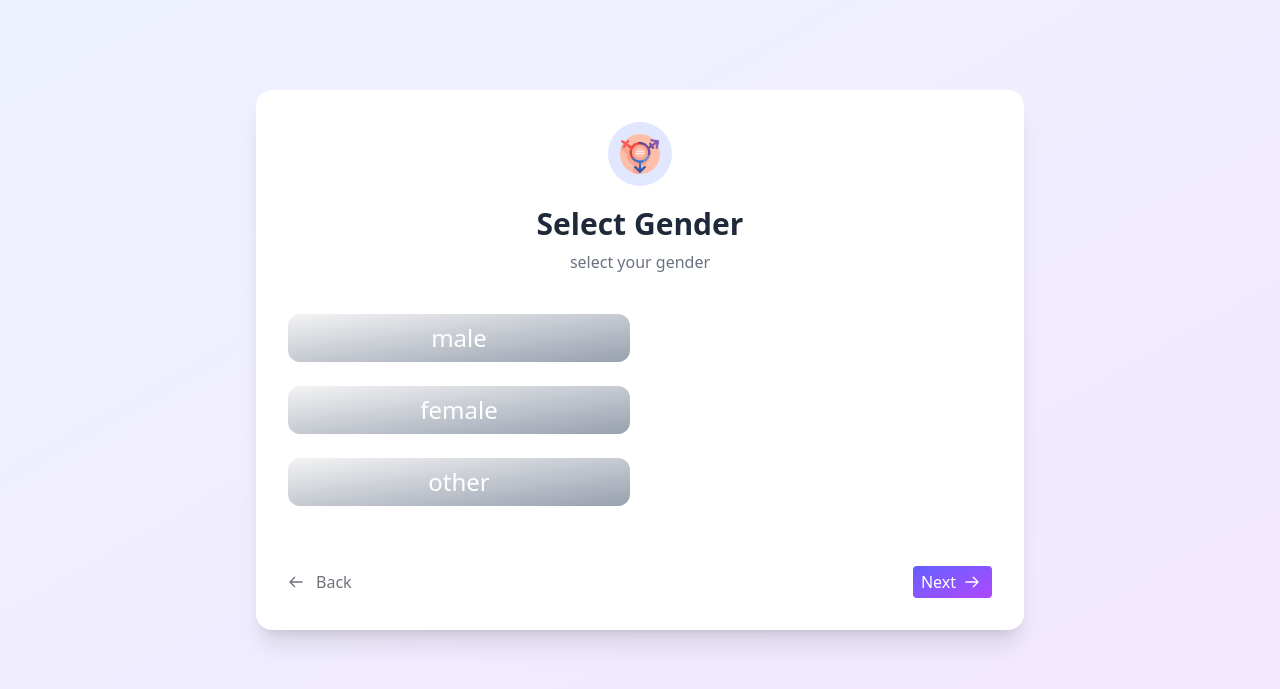
Repository: aryan151pratap/FitPanda
Page: / (app in frontened/)
These files come from the project's save history. The page is drawn as it stood at one moment and after the next save; the edit follows.
The browser window is 1280 px wide. The pictures show the whole page.
The project was rebuilt for these pictures with package versions that can differ from the ones it lists, and the page was loaded fresh each time. Also part of the build but not shown: frontened/vite.config.js, frontened/src/App.css, frontened/src/components/page_1.jsx, frontened/src/login/login.jsx, frontened/src/login/sign_up.jsx, frontened/src/login/otp.jsx, frontened/src/notification/notify.jsx.

Above is the page before, as saved 2025-06-05 00:07:01.

### frontened/src/App.jsx
import { useState } from 'react'
import './App.css'
import Page_1 from './components/page_1';
import Sign_up from './login/sign_up';
import Otp from './login/otp';
import Notify from './notification/notify';
import Gender from './about_user/gender';

function App() {
	const [otp, setOtp] = useState(true);

  const [data, setData] = useState({});
  const [login, setLogin] = useState(true);

  const [notification, setNotification] = useState('');


  return (
    <>
    <div className=''>
      {!login ?
        <div>
        {otp ?
        <Sign_up setOtp={setOtp} setEmail={setData} setNotification={setNotification}/>
        :
        <Otp setOtp={setOtp} data={data} setNotification={setNotification}/>
        }
        </div>
        :
        <div>
          {/* <Page_1/> */}
          <Gender/>
        </div>
      }

      <div>
        {notification.length > 0 &&
          <Notify notification={notification} setNotification={setNotification}/>
        }
      </div>
    </div>
    </>
  )
}

export default App

### frontened/src/about_user/gender.jsx
import { useState } from "react";
import gender_img from '../image/gender.png';
import male_panda from '../image/male_panda.png';
import female_panda from '../image/female_panda.png';

function Gender(){
	const [gender, setGender] = useState('');
	const [image, setImage] = useState();

	const gen = [
		{name: 'male', image: male_panda},
		{name: 'female', image: female_panda},
		{name: 'other', image: male_panda}
	];

	return(
		<>
		<div className="min-h-screen bg-gradient-to-br from-indigo-50 to-purple-100 flex items-center justify-center p-4">
			<div className="w-full sm:max-w-xl md:max-w-3xl">
				<div className="bg-white rounded-2xl shadow-xl overflow-hidden p-8">
					<div className="text-center">
						<div className="mx-auto flex items-center justify-center w-16 h-16 bg-indigo-100 rounded-full mb-5">
						{gender === "male" ?
							<svg xmlns="http://www.w3.org/2000/svg" className="h-8 w-8 text-blue-600" fill="none" viewBox="0 0 24 24" stroke="currentColor">
								<path strokeLinecap="round" strokeLinejoin="round" strokeWidth={2} d="M13 7h4a1 1 0 011 1v4m-7 7a5 5 0 100-10 5 5 0 000 10zm6-10l-5 5" />
							</svg>
							: gender === 'female' ?
							<svg xmlns="http://www.w3.org/2000/svg" className="h-8 w-8 text-pink-600" fill="none" viewBox="0 0 24 24" stroke="currentColor">
								<path strokeLinecap="round" strokeLinejoin="round" strokeWidth={2} d="M12 14v7m0 0h3m-3 0H9m3-7a5 5 0 100-10 5 5 0 000 10z" />
							</svg>
							: gender === 'other' ?
							<svg xmlns="http://www.w3.org/2000/svg" className="h-8 w-8 text-purple-600" fill="none" viewBox="0 0 24 24" stroke="currentColor">
								<path strokeLinecap="round" strokeLinejoin="round" strokeWidth={2} d="M12 3v3m0 0a5 5 0 110 10m0-10a5 5 0 100 10m0 0v4m-3 0h6" />
							</svg>
							:
							<div>
								<img src={gender_img} alt="" className="h-10 w-10"/>
							</div>
						}
						</div>
						<h2 className="text-3xl font-bold text-gray-800">Select Gender</h2>
						<p className="text-gray-500 mt-2">
							select your gender
							<span className="block font-medium text-indigo-600"></span>
						</p>
					</div>

					<div className="flex grid grid-cols-2 gap-5 justify-between py-5 items-center">
						<div className="w-fill flex flex-col gap-6 mt-5">
						{gen.map((i, index) => (
							<div key={index}>
								<button className={`w-full p-2 text-white text-2xl rounded-xl bg-gradient-to-br ${gender === i.name ? 'from-indigo-500 to-purple-500 animate-ping' : 'from-zinc-100 to-gray-400'} cursor-pointer transition hover:px-4`}
								onClick={() => {
									setGender(i.name);
									setImage(i.image)
								}}
								>
									{i.name}
								</button>
							</div>
						))}
						</div>
						<div className="w-full flex items-center justify-center">
							{image &&
							<img src={image} alt="" />
							}
						</div>
					</div>

					<div className="mt-10 flex justify-between">
						<button className="text-zinc-500 flex items-center gap-2 hover:text-zinc-700 cursor-pointer"
						// onClick={handle_save_gender}
						>
							<svg xmlns="http://www.w3.org/2000/svg" className="h-4 w-4 mr-1" fill="none" viewBox="0 0 24 24" stroke="currentColor">
							<path strokeLinecap="round" strokeLinejoin="round" strokeWidth={2} d="M10 19l-7-7m0 0l7-7m-7 7h18" />
							</svg>
							<span className="">Back</span>
						</button>
						<button className="text-white px-2 py-1 rounded-sm bg-gradient-to-br from-indigo-500 to-purple-500 flex gap-2 items-center">
							<span>Next</span>
							<svg xmlns="http://www.w3.org/2000/svg" className="h-4 w-4 mr-1" fill="none" viewBox="0 0 24 24" stroke="currentColor">
								<path strokeLinecap="round" strokeLinejoin="round" strokeWidth={2} d="M14 5l7 7m0 0l-7 7m7-7H3" />
							</svg>
						</button>
					</div>
				</div>
			</div>
		</div>

		</>
	)
}

export default Gender;

Loaded but not shown: frontened/index.html (common file); frontened/src/main.jsx (common file)

After the next save:
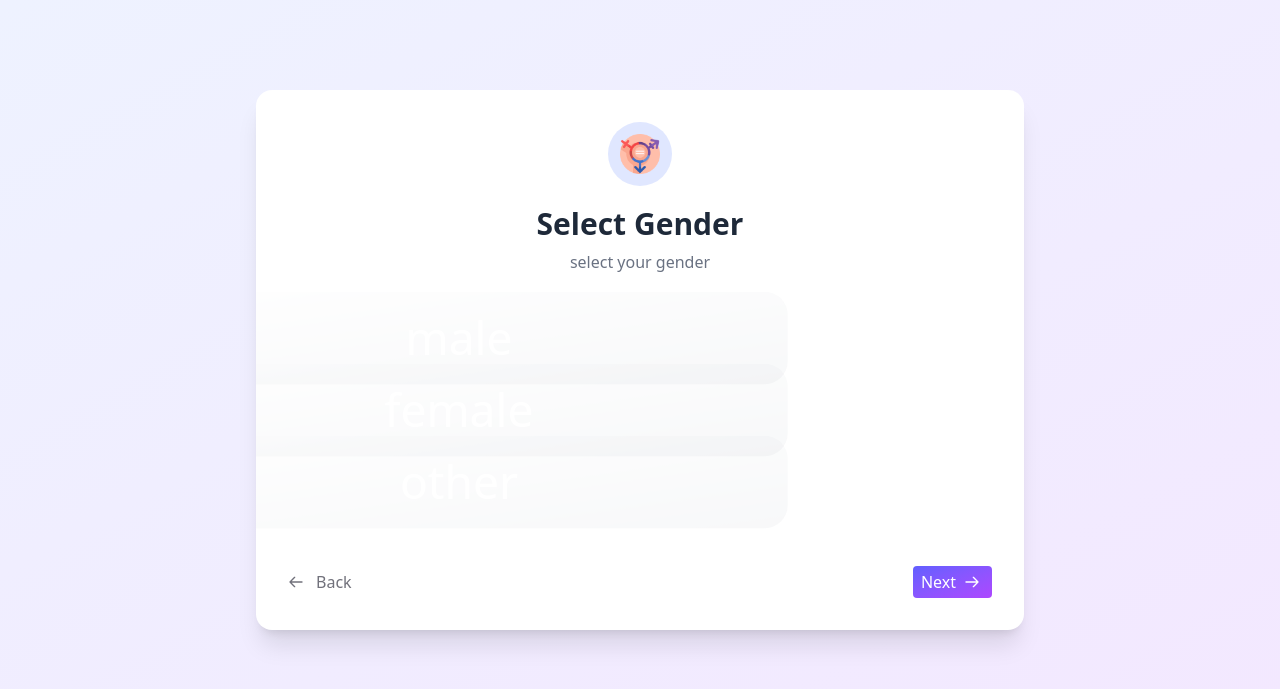
Saved 16 s later.
--- a/frontened/src/about_user/gender.jsx
+++ b/frontened/src/about_user/gender.jsx
@@ -48,8 +48,8 @@
 					<div className="flex grid grid-cols-2 gap-5 justify-between py-5 items-center">
 						<div className="w-fill flex flex-col gap-6 mt-5">
 						{gen.map((i, index) => (
-							<div key={index}>
-								<button className={`w-full p-2 text-white text-2xl rounded-xl bg-gradient-to-br ${gender === i.name ? 'from-indigo-500 to-purple-500 animate-ping' : 'from-zinc-100 to-gray-400'} cursor-pointer transition hover:px-4`}
+							<div key={index} className="animate-ping">
+								<button className={`w-full p-2 text-white text-2xl rounded-xl bg-gradient-to-br ${gender === i.name ? 'from-indigo-500 to-purple-500' : 'from-zinc-100 to-gray-400'} cursor-pointer transition hover:px-4`}
 								onClick={() => {
 									setGender(i.name);
 									setImage(i.image)

After the save that followed:
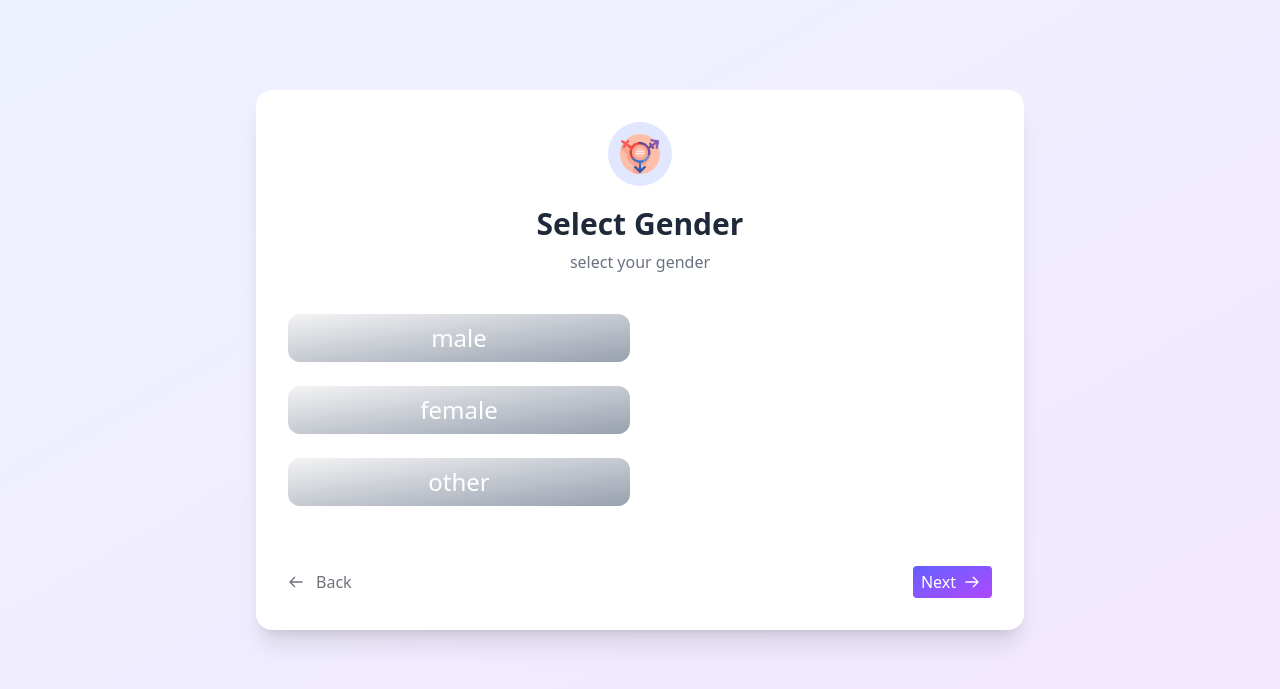
Saved 7 s later.
--- a/frontened/src/about_user/gender.jsx
+++ b/frontened/src/about_user/gender.jsx
@@ -48,7 +48,7 @@
 					<div className="flex grid grid-cols-2 gap-5 justify-between py-5 items-center">
 						<div className="w-fill flex flex-col gap-6 mt-5">
 						{gen.map((i, index) => (
-							<div key={index} className="animate-ping">
+							<div key={index} className="">
 								<button className={`w-full p-2 text-white text-2xl rounded-xl bg-gradient-to-br ${gender === i.name ? 'from-indigo-500 to-purple-500' : 'from-zinc-100 to-gray-400'} cursor-pointer transition hover:px-4`}
 								onClick={() => {
 									setGender(i.name);
